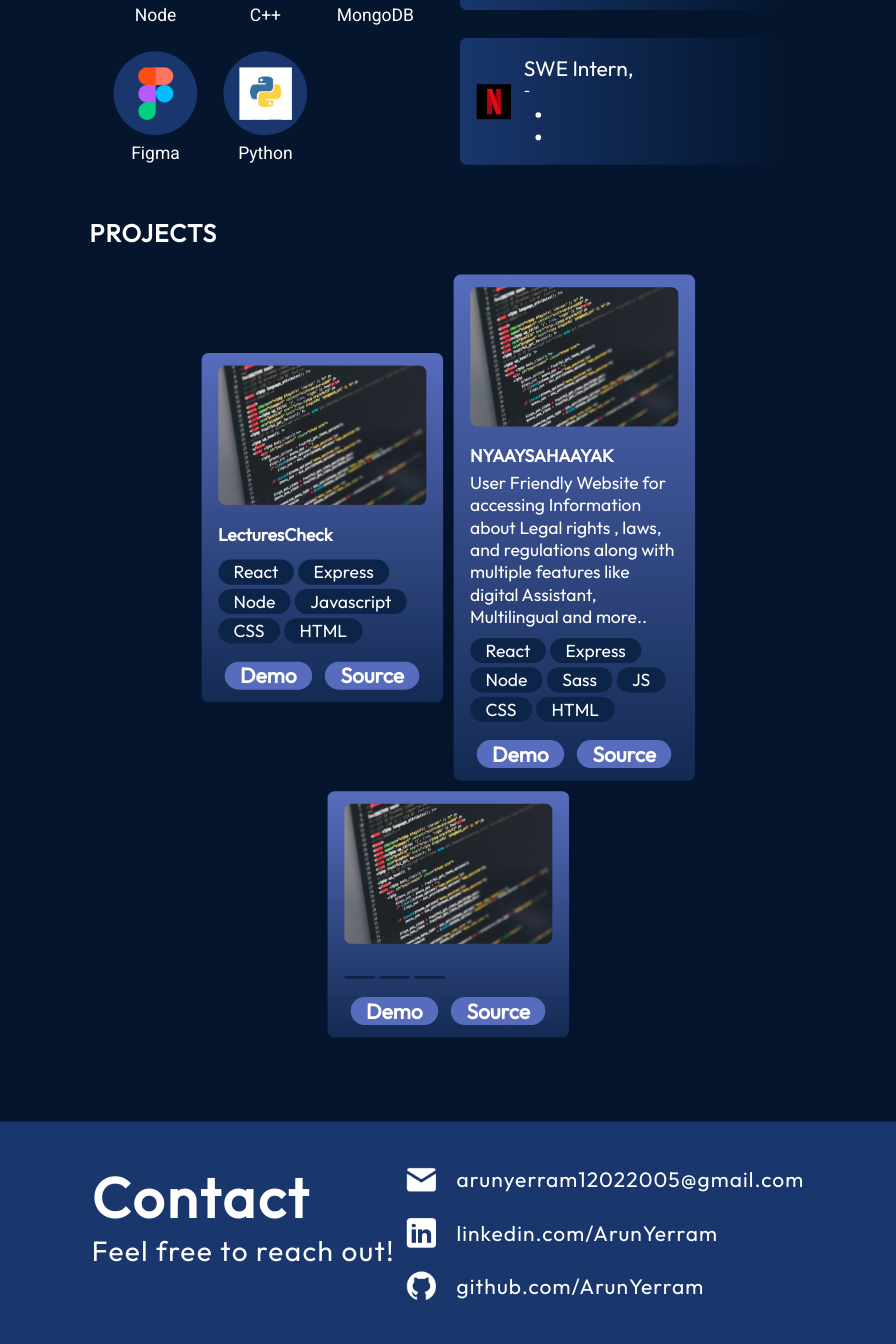
Repository: ARUN-YERRAM/Arun-Yerram-s-Portfolio-Website
Page: /
The author's editor kept a copy of each file at every save. The page is drawn from the files as they stood at one save, then again after the next save.
The browser window is 1280 px wide. The pictures show the part of the page from y = 1866 to 3786 px (the page is 3786 px tall), at 70% of full size.
The project was rebuilt for these pictures with package versions that can differ from the ones it lists, and the page was loaded fresh each time. Also part of the build but not shown: vite.config.js.

Above is the page before, as saved 2024-06-25 21:23:11.

After the next save:
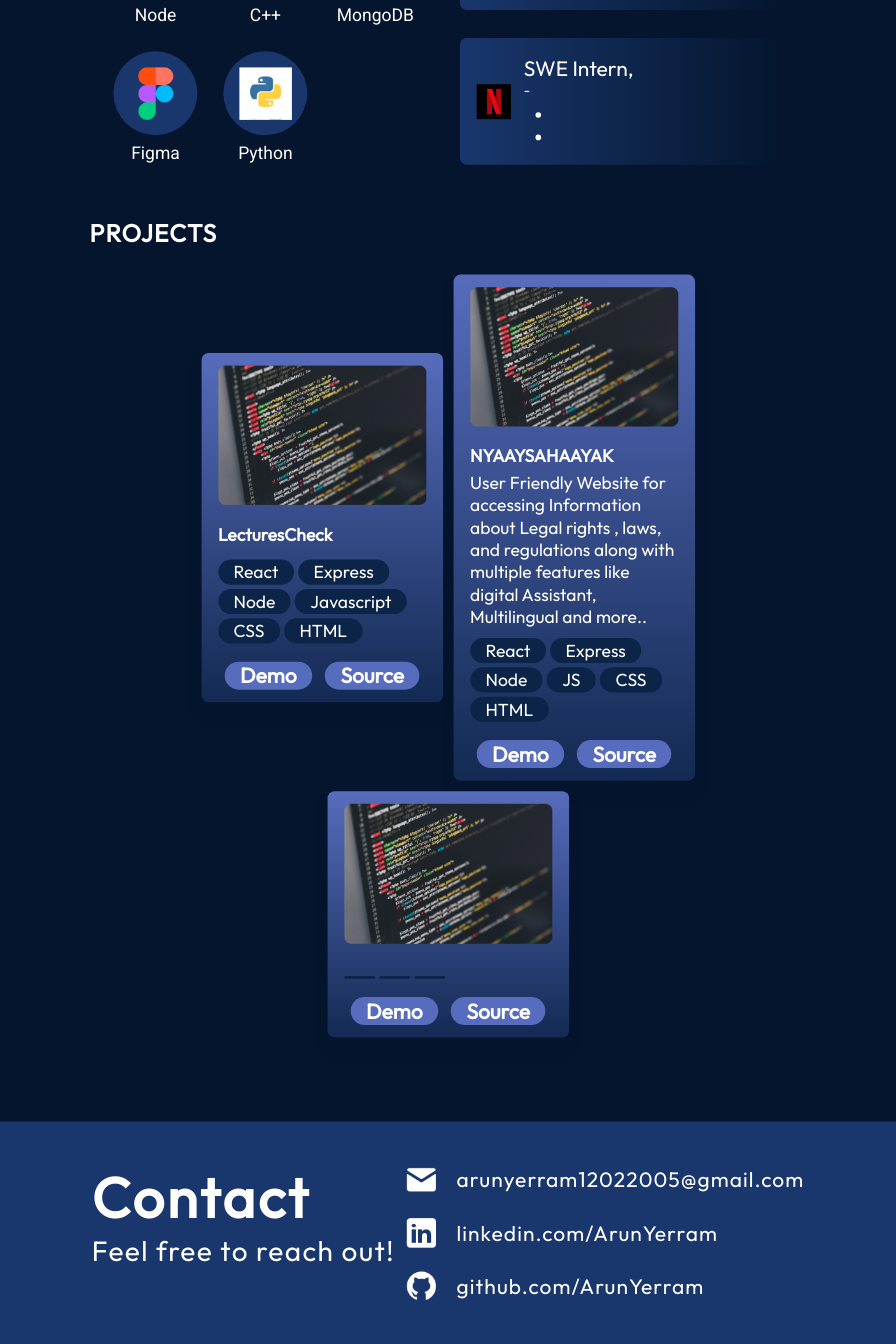
Saved 5 s later.
--- a/src/data/projects.json
+++ b/src/data/projects.json
@@ -11,7 +11,7 @@
     "title": "NYAAYSAHAAYAK",
     "imageSrc": "projects/project.png",
     "description": "User Friendly Website for accessing Information about Legal rights , laws, and regulations along with multiple features like digital Assistant, Multilingual and more.. ",
-    "skills": ["React", "Express", "Node", "Sass","JS","CSS","HTML"],
+    "skills": ["React", "Express", "Node","JS","CSS","HTML"],
     "demo": "",
     "source": "https://github.com/ARUN-YERRAM/NYAAYSAHAAYAK"
   },
